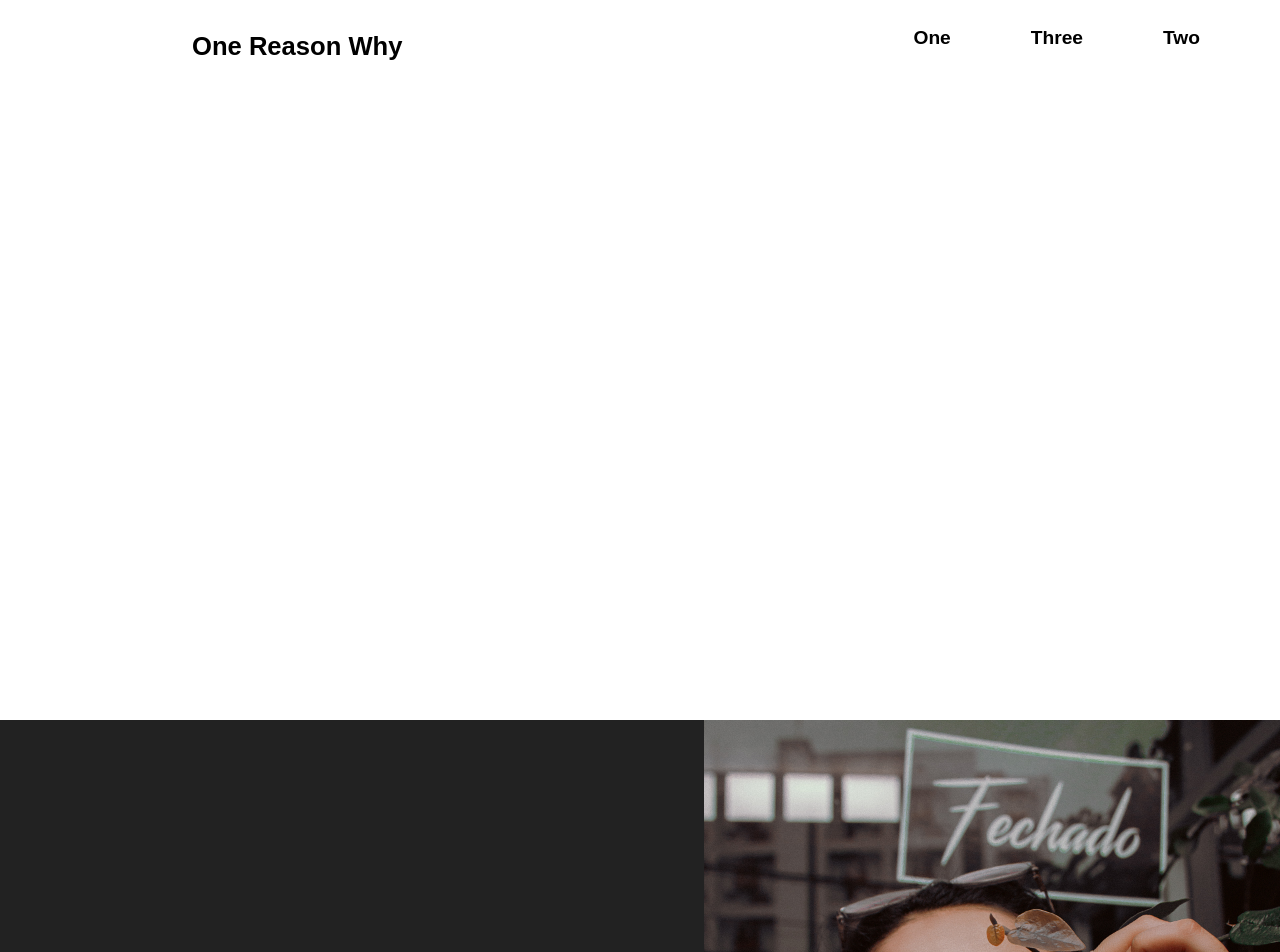
Repository: Imprasna/scrollmagic
Page: index.html
The author's editor kept a copy of each file at every save. The page is drawn from the files as they stood at one save, then again after the next save.
The browser window is 1280 px wide. The pictures show the part of the page from y = 0 to 952 px (the page is 2200 px tall).
A picture or video elsewhere on the page could not be fetched, so the positions and the page height are approximate. Some web fonts or font styles are not loaded; a fallback is used. Some web libraries are served in a nearby version.

Above is the page before, as saved 2021-11-14 18:20:05.

After the next save:
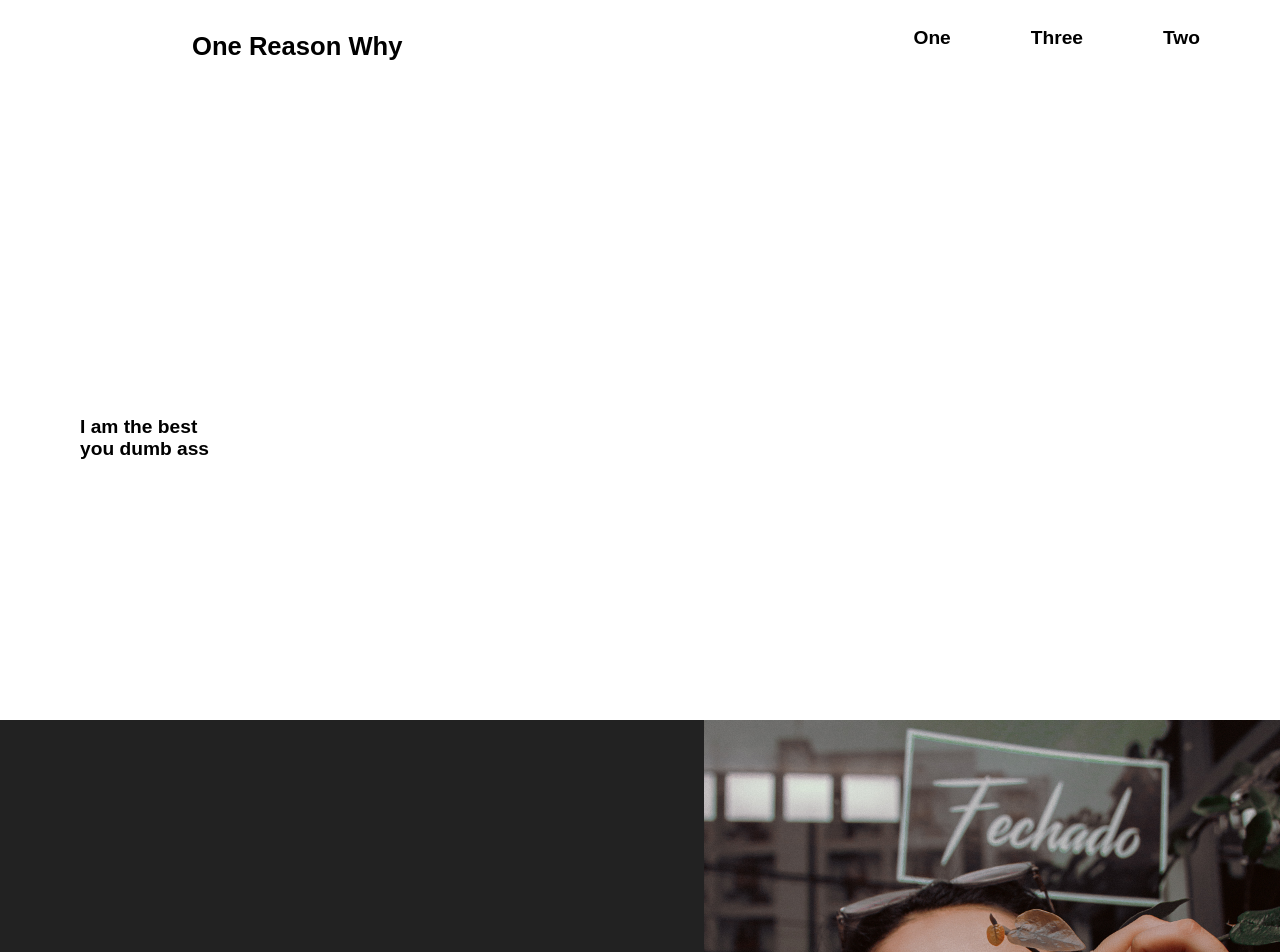
Saved 4 s later.
--- a/app.js
+++ b/app.js
@@ -27,5 +27,5 @@
     },
 });
 
-tl.fromTo(".sliding-text", { y:0 }, { y:-400 });
+tl.fromTo(".sliding-text", { y:0 }, { y:400 });
 tl2.fromTo(".logo", {scale: 6}, {scale: 1, top: "2rem", left: "12rem", x: "50%", y: "50%", pin: true});
